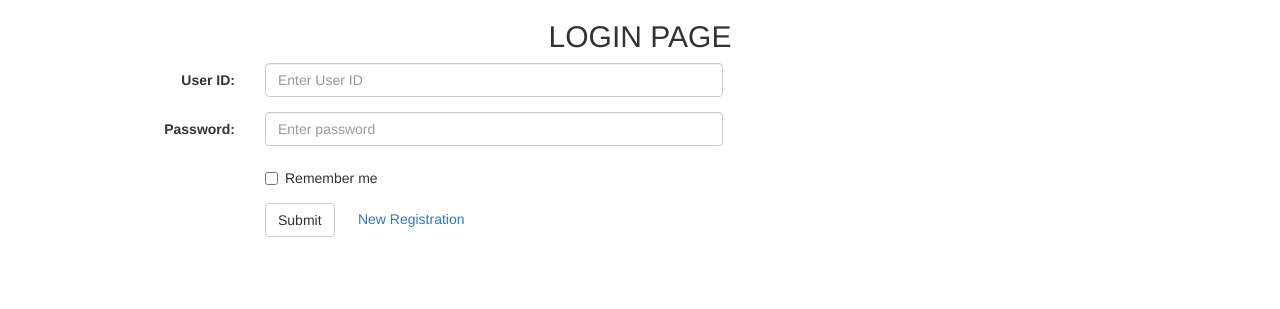
Repository: AvantiKopulwar/Task-Workspace
Page: http://localhost/AdminStudentLogin/
The author's editor kept a copy of each file at every save. The page is drawn from the files as they stood at one save, then again after the next save.
The browser window is 1280 px wide. The pictures show the whole page.
The page is served by Tomcat 9.

Above is the page before, as saved 2018-10-04 06:37:13.

After the next save:
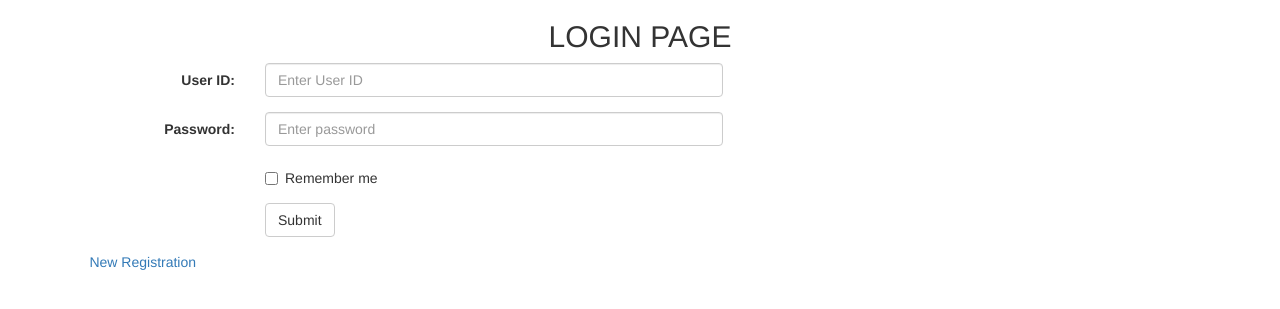
Saved 5 min 58 s later.
--- a/AdminStudentLogin/WebContent/index.jsp
+++ b/AdminStudentLogin/WebContent/index.jsp
@@ -42,10 +42,11 @@
 			<div class="form-group">
 				<div class="col-sm-offset-2 col-sm-10">
 					<button type="submit" class="btn btn-default">Submit</button>
-					<a href="register.jsp">&nbsp; &nbsp;&nbsp; New Registration</a>
+
 				</div>
 			</div>
 		</form>
+		<a href="register.jsp">&nbsp; &nbsp;&nbsp; New Registration</a>
 	</div>
 
 </body>

After the save that followed:
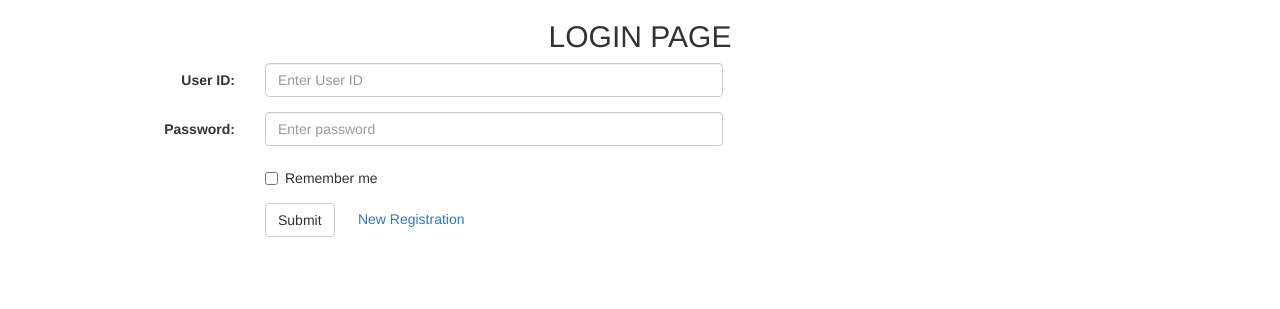
Saved 63 s later.
--- a/AdminStudentLogin/WebContent/index.jsp
+++ b/AdminStudentLogin/WebContent/index.jsp
@@ -42,11 +42,10 @@
 			<div class="form-group">
 				<div class="col-sm-offset-2 col-sm-10">
 					<button type="submit" class="btn btn-default">Submit</button>
-
+					<a href="register.jsp">&nbsp; &nbsp;&nbsp; New Registration</a>
 				</div>
 			</div>
 		</form>
-		<a href="register.jsp">&nbsp; &nbsp;&nbsp; New Registration</a>
 	</div>
 
 </body>
